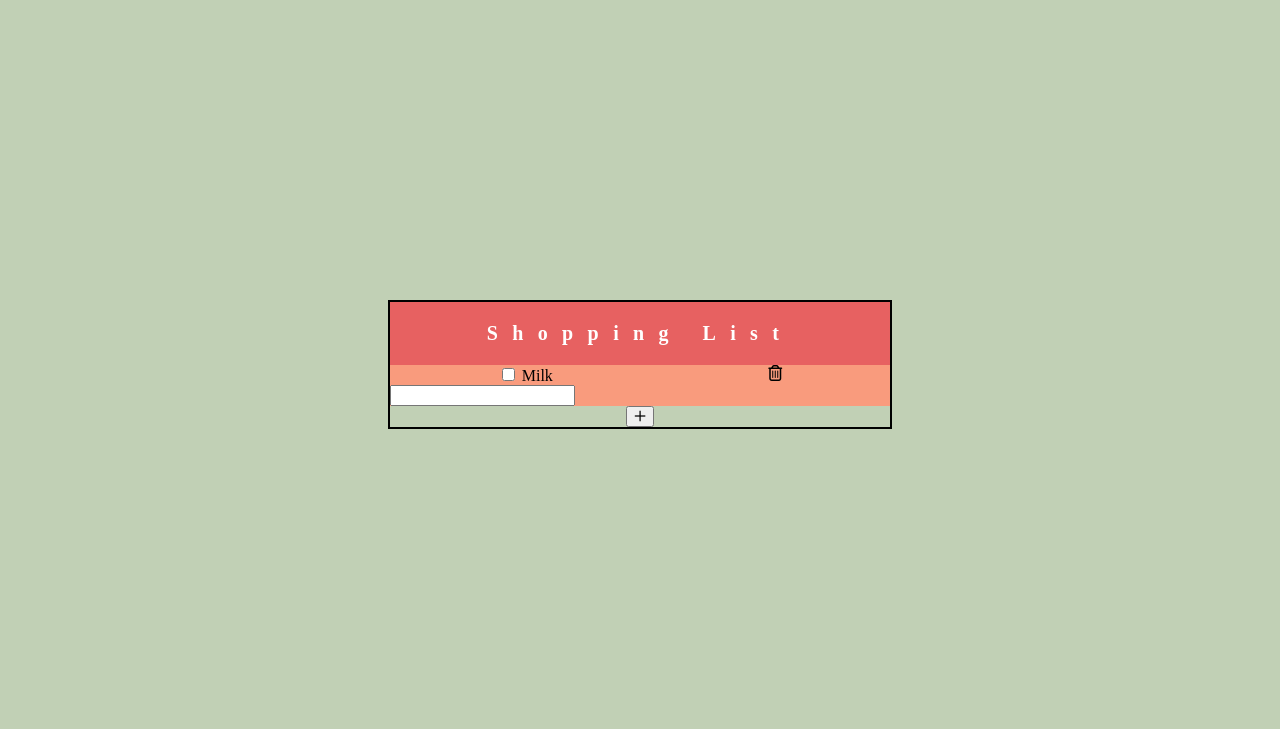
Repository: sephinejo/shopping-list-app
Page: index.html
An editor plug-in stored every save of this project. The page is shown before and after the next save, followed by the edit.
The browser window is 1280 px wide. The pictures show the whole page.
Some web fonts or font styles are not loaded; a fallback is used. Some web libraries are served in a nearby version.

Above is the page before, as saved 2023-05-11 22:23:13.

### index.html
<!DOCTYPE html>
<html lang="en">
  <head>
    <meta charset="UTF-8" />
    <meta http-equiv="X-UA-Compatible" content="IE=edge" />
    <meta name="viewport" content="width=device-width, initial-scale=1.0" />
    <title>Shopping List 🛍️🛒</title>
    <link rel="preconnect" href="https://fonts.googleapis.com" />
    <link rel="preconnect" href="https://fonts.gstatic.com" crossorigin />
    <link rel="preconnect" href="https://fonts.googleapis.com" />
    <link rel="preconnect" href="https://fonts.gstatic.com" crossorigin />
    <link rel="preconnect" href="https://fonts.googleapis.com" />
    <link rel="preconnect" href="https://fonts.gstatic.com" crossorigin />
    <link rel="preconnect" href="https://fonts.googleapis.com" />
    <link rel="preconnect" href="https://fonts.gstatic.com" crossorigin />
    <link
      href="https://fonts.googleapis.com/css2?family=Alice&family=Open+Sans:wght@300;400;700;800&family=Raleway:wght@400;600;700;800&family=Roboto+Mono:wght@300;400;500;700&family=Roboto:wght@400;500&family=Ubuntu:wght@400;700&display=swap"
      rel="stylesheet"
    />
    <script
      src="https://kit.fontawesome.com/9ac80604cb.js"
      crossorigin="anonymous"
    ></script>
    <link rel="stylesheet" href="style.css" />
    <script src="main.js" defer></script>
  </head>
  <body>
    <div class="container">
      <header>
        <p class="title">Shopping List</p>
      </header>
      <main>
        <ul class="items">
          <li class="item">
            <div class="item__title">
              <input class="checkbox" type="checkbox" />
              <label for="item__name">Milk</label>
            </div>
            <div class="item__delete">
              <i class="fa-regular fa-trash-can"></i>
            </div>
          </li>
        </ul>
        <input type="text" />
      </main>
      <footer>
        <button class="add">
          <i class="fa-regular fa-plus"></i>
        </button>
      </footer>
    </div>
  </body>
</html>

### style.css
body {
  margin: 0 auto;
  background-color: #c1d0b5;
}

.container {
  margin: 300px auto;
  width: 500px;
  border: 2px solid black;
  display: flex;
  flex-direction: column;
  align-items: center;
}

header {
  width: 100%;
  text-align: center;
  font-family: 'Alice';
  color: white;
  letter-spacing: 0.9rem;
  font-weight: 700;
  font-size: 20px;
  background-color: #e76161;
}

main {
  background-color: #f99b7d;
  width: 100%;
}

ul {
  margin: 0;
  padding: 0;
}

li {
  list-style: none;
  display: flex;
  justify-content: space-around;
}

.input {
  width: 100%;
}

Loaded but not shown: main.js (no copy from this time; the picture is the same without it)

After the next save:
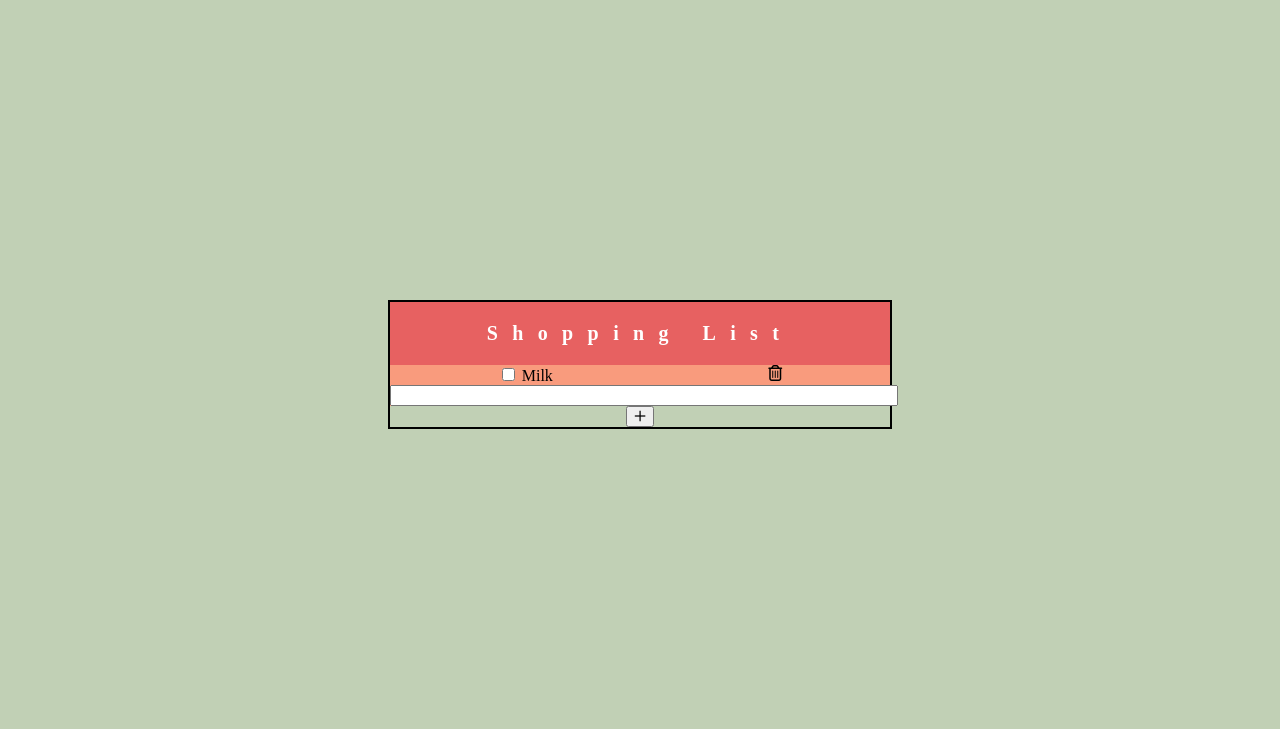
Saved 6 s later.
--- a/index.html
+++ b/index.html
@@ -41,7 +41,7 @@
             </div>
           </li>
         </ul>
-        <input type="text" />
+        <input class="input" type="text" />
       </main>
       <footer>
         <button class="add">
